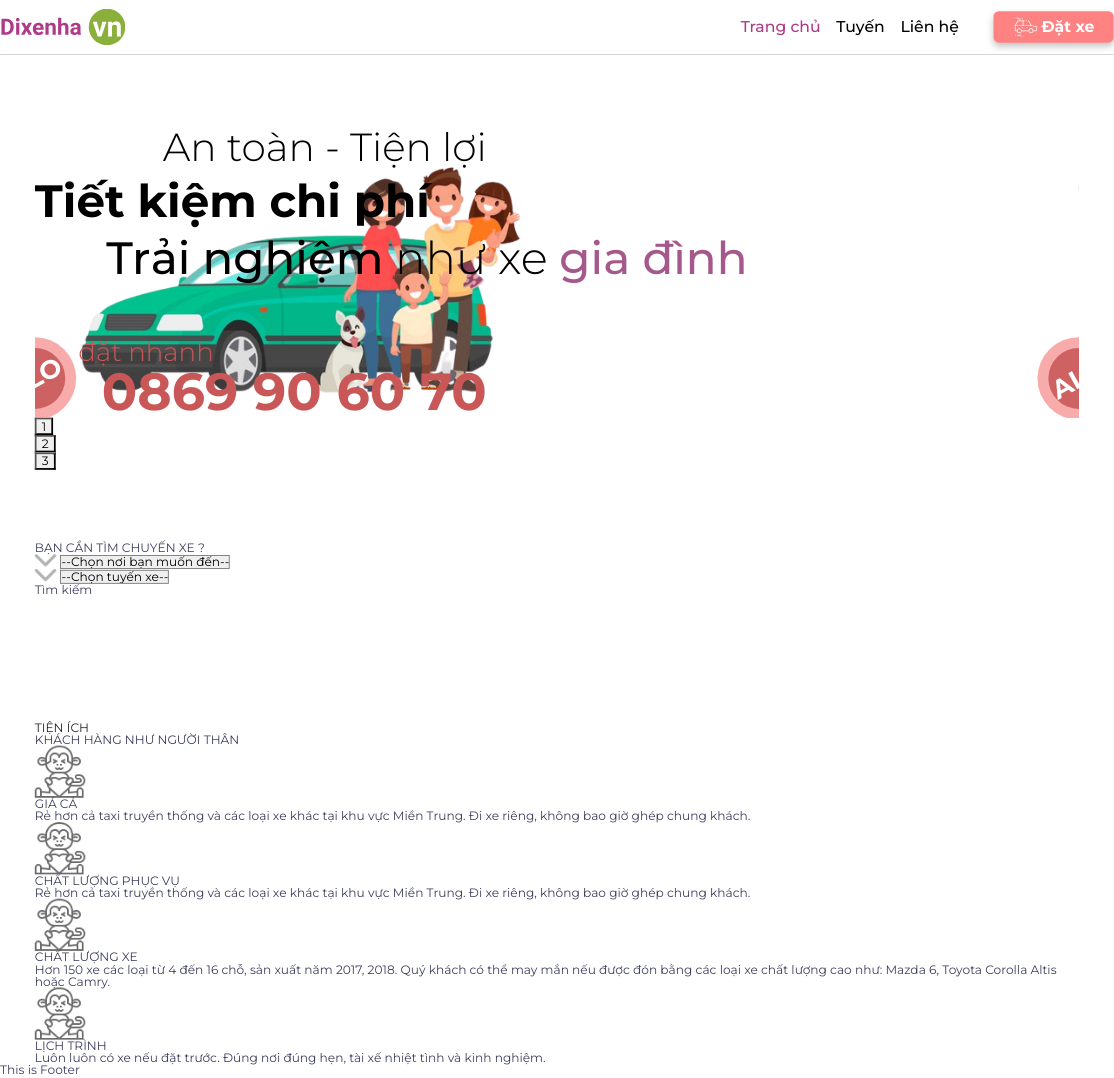
Repository: thanhthien0706/last_project--fe004
Page: lastProductF004/dist/index.html
The author's editor kept a copy of each file at every save. The page is drawn from the files as they stood at one save, then again after the next save.
The browser window is 1280 px wide. The pictures show the whole page, at 87% of full size.
Some web libraries are served in a nearby version. The style sheet was rebuilt from its Sass, Less or Tailwind sources for each picture, by a compiler version that may differ from the author's.

Above is the page before, as saved 2021-09-16 20:09:53.

After the next save:
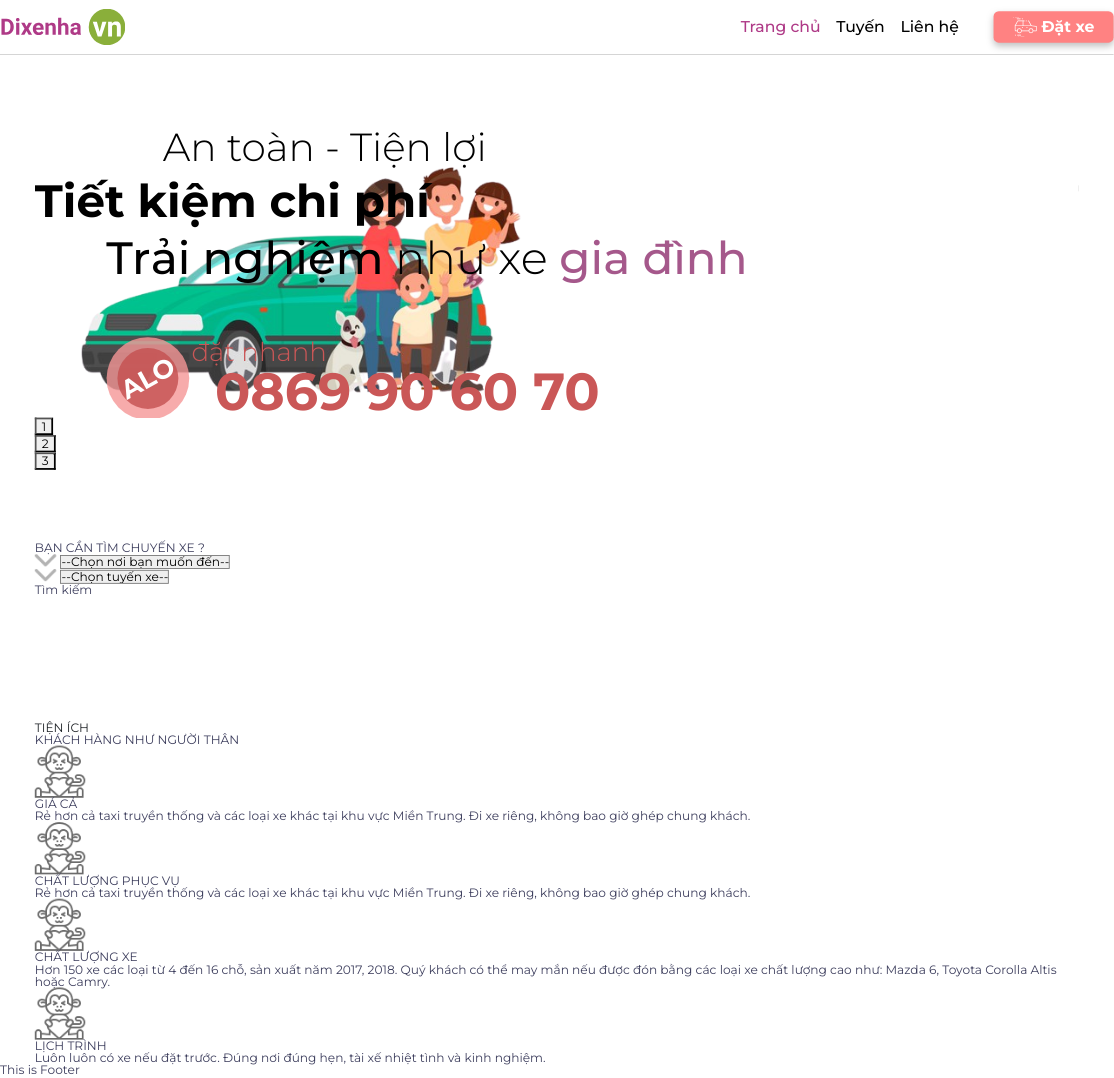
Saved 75 s later.
--- a/lastProductF004/src/styles/pages/_homepage.scss
+++ b/lastProductF004/src/styles/pages/_homepage.scss
@@ -55,7 +55,7 @@ html {
                 flex-direction: row;
                 align-items: center;
                 bottom: 0;
-                left: 0;
+                left: 130px;
                 .box_icon{
                     position: relative;
                     .shape_1{
